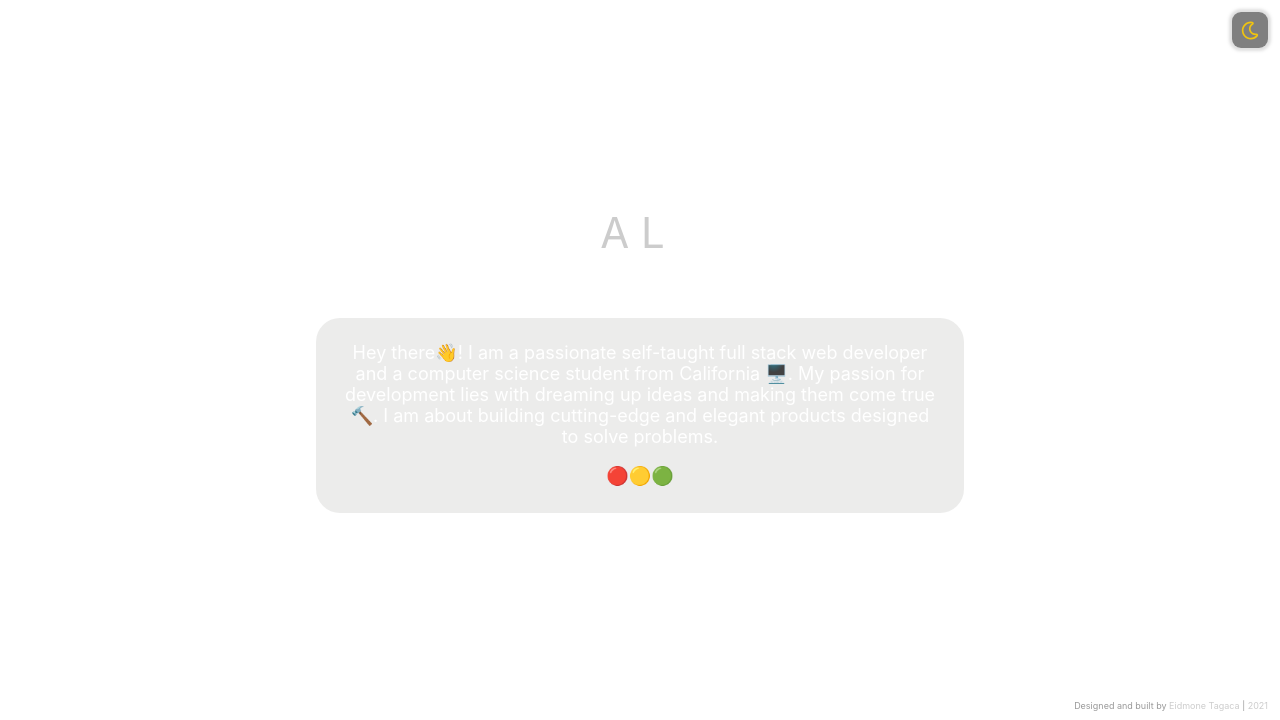
Repository: Tagaca19e/ET
Page: /
These files come from the project's save history. The page is drawn as it stood at one moment and after the next save; the edit follows.
The browser window is 1280 px wide. The pictures show the whole page.
The project was rebuilt for these pictures with package versions that can differ from the ones it lists, and the page was loaded fresh each time. Also part of the build but not shown: src/icons/Sun.jsx, src/icons/Resume.jsx.

Above is the page before, as saved 2021-07-22 23:45:35.

After the next save:
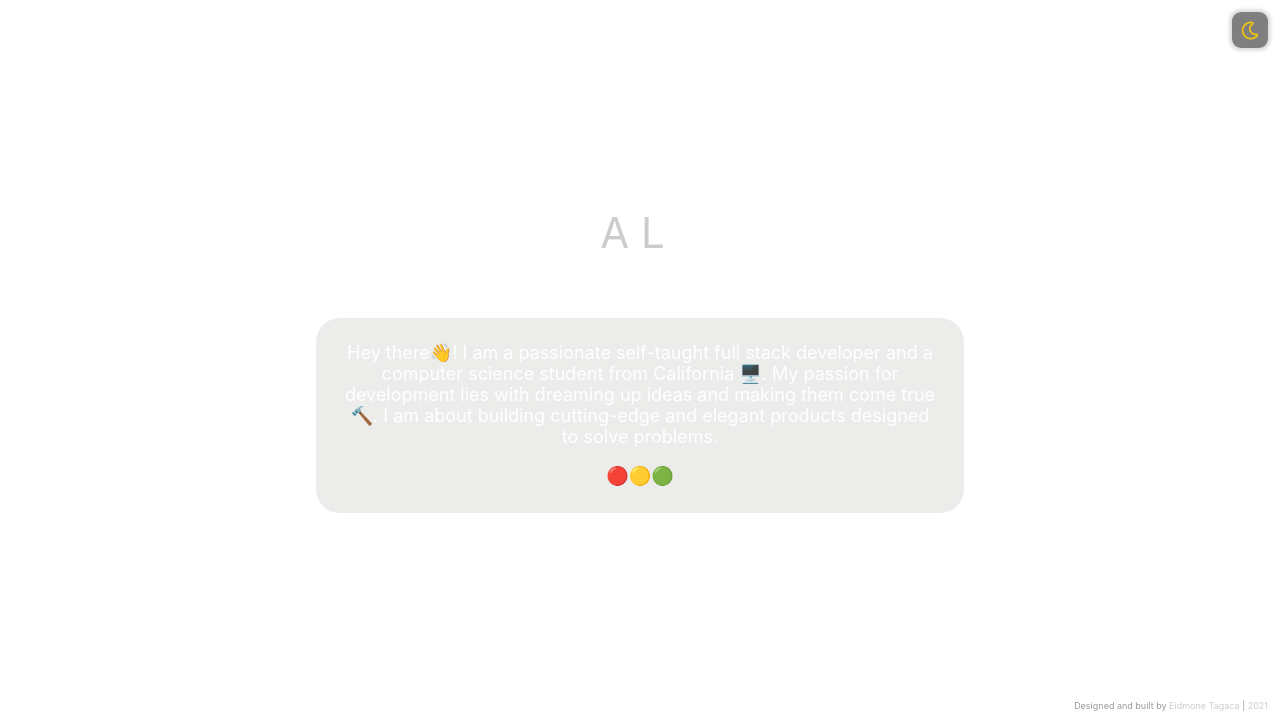
Saved 34 s later.
--- a/src/components/Content.jsx
+++ b/src/components/Content.jsx
@@ -97,8 +97,8 @@ export const Content = () => {
       >
         <p1>
           {" "}
-          Hey there👋! I am a passionate self-taught full stack web developer
-          and a computer science student from California 🖥️. My passion for
+          Hey there👋! I am a passionate self-taught full stack developer and a
+          computer science student from California 🖥️. My passion for
           development lies with dreaming up ideas and making them come true 🔨.
           I am about building cutting-edge and elegant products designed to
           solve problems.
